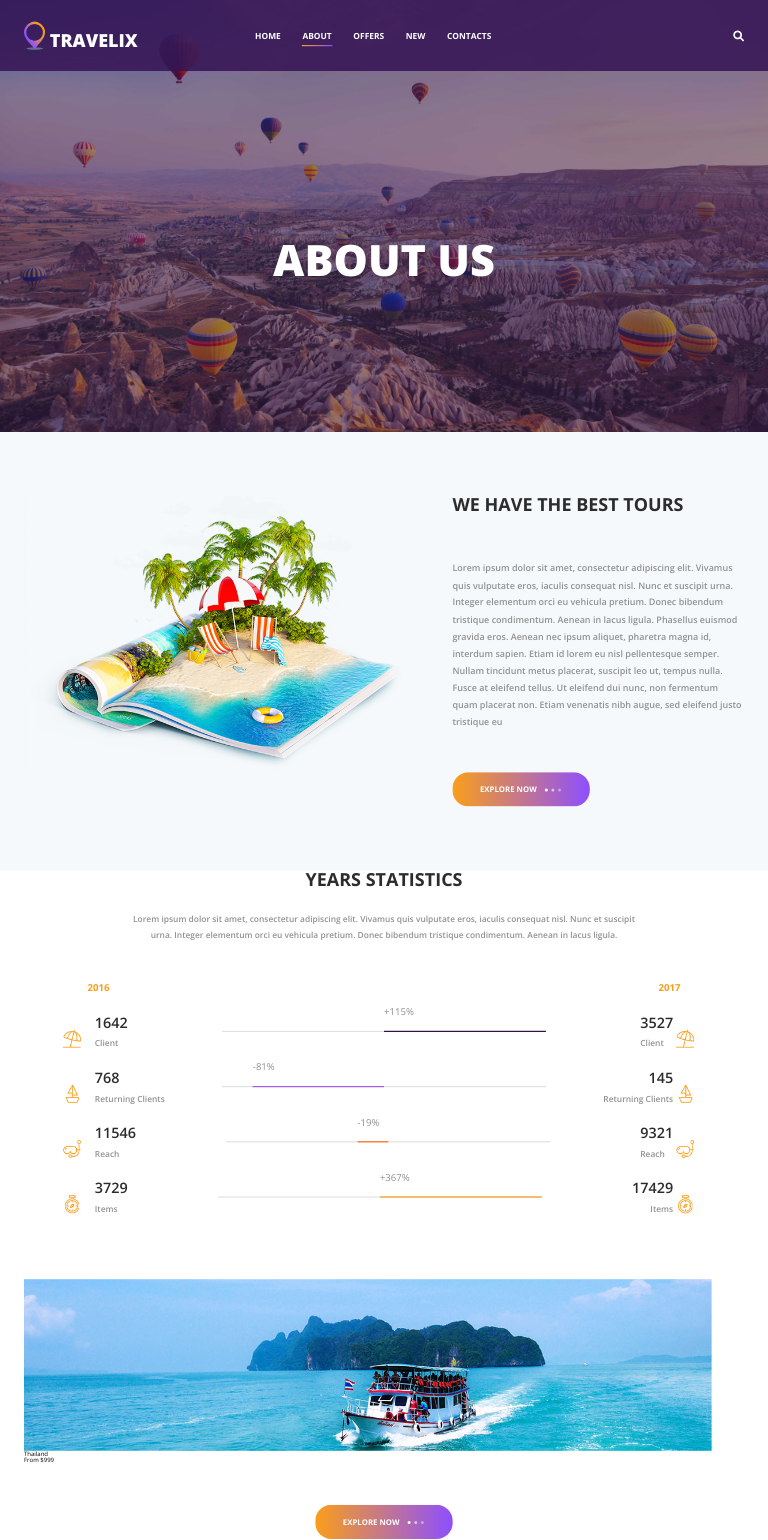
Repository: phamhuuloc/Travelix_Template
Page: about.html
These files come from the project's save history. The page is drawn as it stood at one moment and after the next save; the edit follows.
The browser window is 1280 px wide. The pictures show the whole page, at 60% of full size.
Backgrounds fixed to the window are drawn as part of the page. Some web fonts or font styles are not loaded; a fallback is used.

Above is the page before, as saved 2021-10-13 10:16:03.

After the next save:
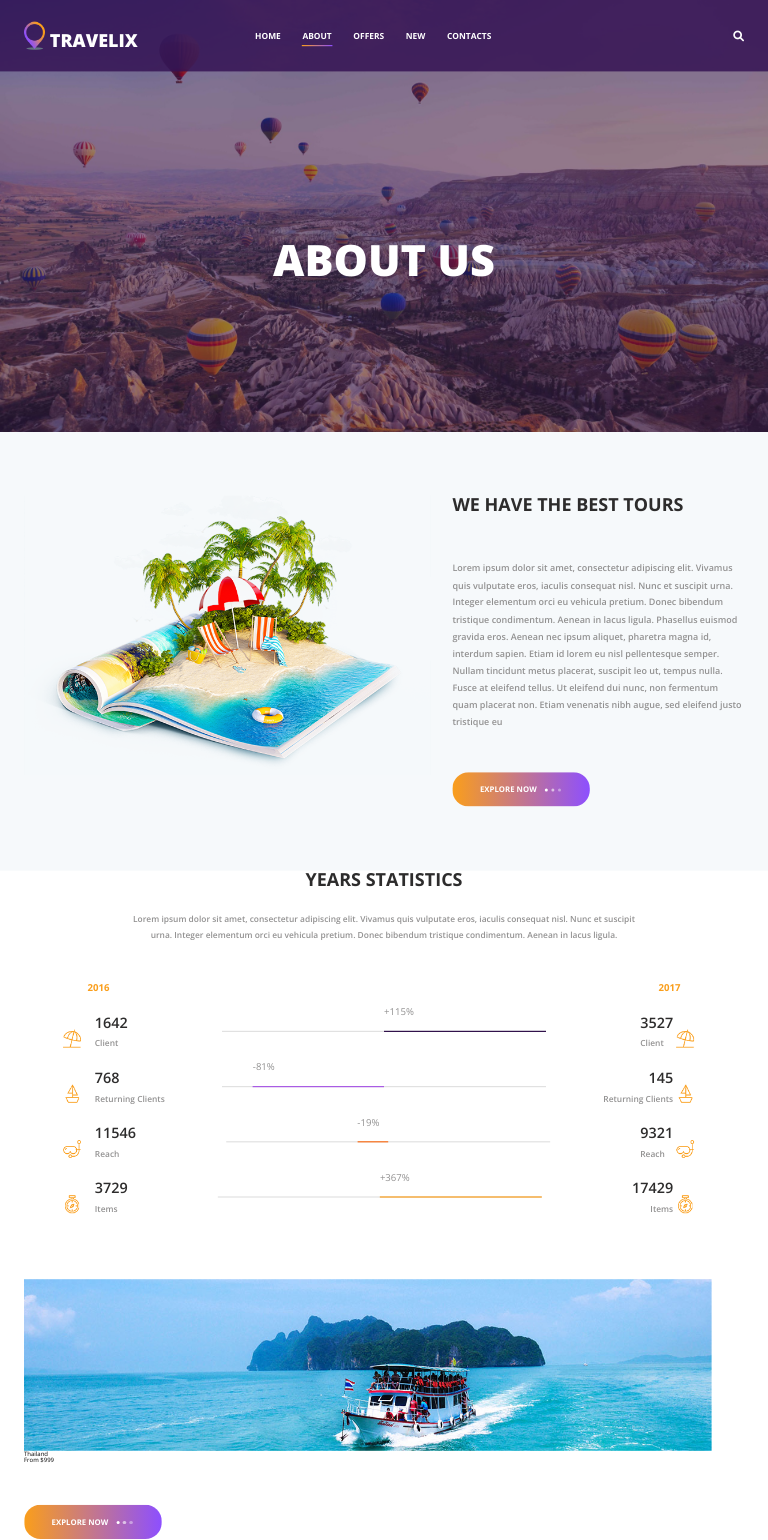
Saved 25 s later.
--- a/assets/css/about.css
+++ b/assets/css/about.css
@@ -130,3 +130,6 @@
   margin-top: 11rem;
   position: relative;
 }
+.popular__content {
+  position: absolute;
+}
